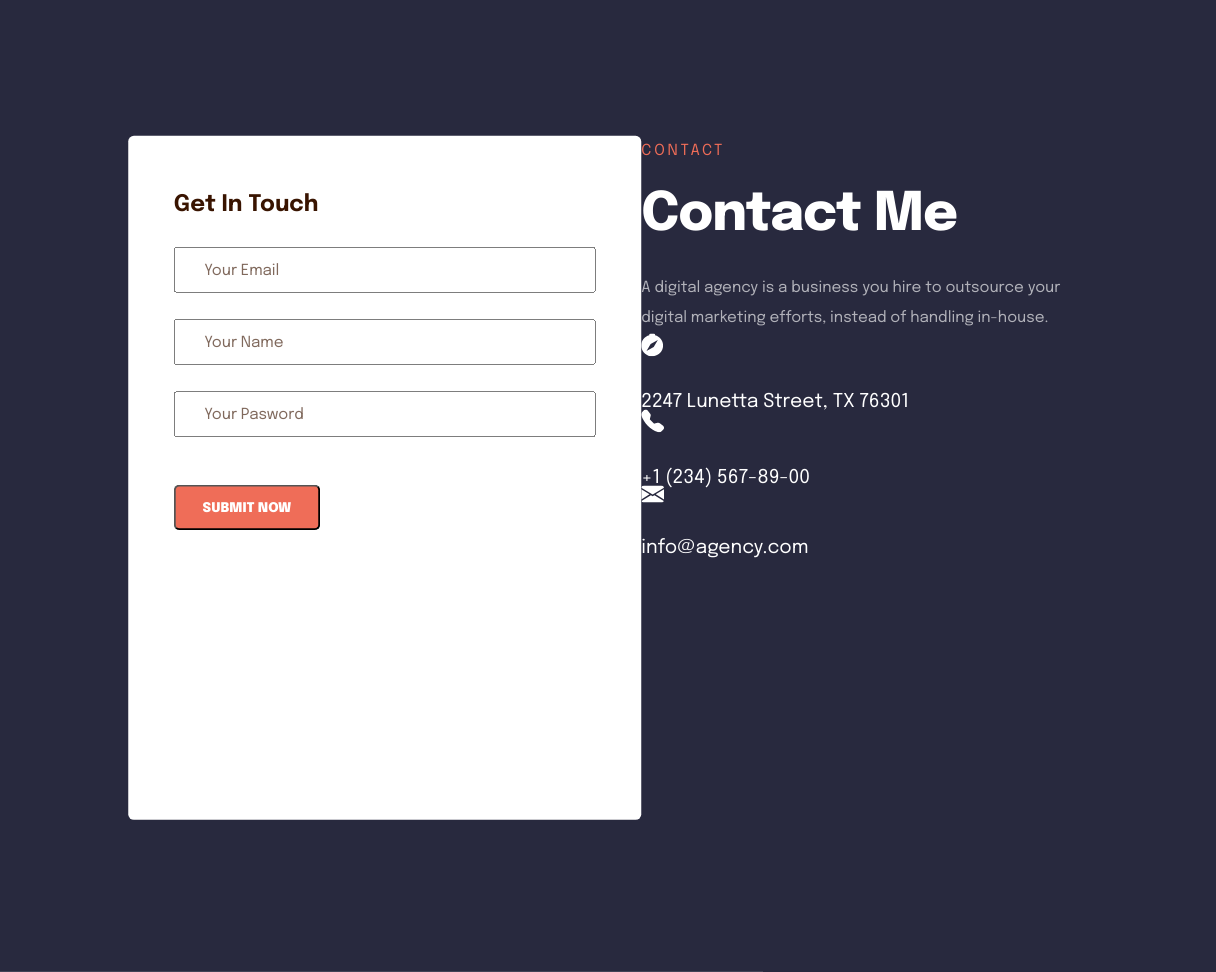
Repository: MehdiKerimov/Figma-Task-14
Page: index.html
The author's editor kept a copy of each file at every save. The page is drawn from the files as they stood at one save, then again after the next save.
The browser window is 1280 px wide. The pictures show the whole page, at 95% of full size.

Above is the page before, as saved 2023-10-07 15:27:07.

### index.html
<!DOCTYPE html>
<html lang="en">
  <head>
    <meta charset="UTF-8" />
    <meta name="viewport" content="width=device-width, initial-scale=1.0" />
    <title>Document</title>
    <link rel="stylesheet" href="index.css" />
  </head>
  <body>
    <div class="container">
      <div class="box-container">
        <h1>Get In Touch</h1>
        <form action="">
          <label for="">
            <input type="email" placeholder="Your Email" name="" id="" />
          </label>
          <label for="">
            <input type="text" placeholder="Your Name" />
          </label>
          <label for="">
            <input type="password" placeholder="Your Pasword" />
          </label>
        </form>
        <button><a href="#">Submit Now</a></button>
      </div>

      <div class="text-box">
        <h1>Contact</h1>
        <h2>Contact Me</h2>
        <p>
          A digital agency is a business you hire to outsource your digital
          marketing efforts, instead of handling in-house.
        </p>

        <div class="box">
          <div class="circle">
            <svg
              xmlns="http://www.w3.org/2000/svg"
              width="23"
              height="24"
              viewBox="0 0 23 24"
              fill="none"
            >
              <path
                fill-rule="evenodd"
                clip-rule="evenodd"
                d="M12.5128 23.9559C18.4476 23.4434 22.9991 18.5852 23 12.7619C22.9992 7.68681 19.5202 3.24133 14.5089 1.91219C14.6419 1.45966 14.5495 0.972375 14.2595 0.596433C13.9696 0.220491 13.5157 -0.000396111 13.034 0H9.9675C9.4858 -0.000396111 9.03192 0.220491 8.74193 0.596433C8.45195 0.972375 8.35958 1.45966 8.49253 1.91219C2.74205 3.43556 -0.865618 8.99957 0.179927 14.7325C1.22547 20.4654 6.57793 24.4683 12.5128 23.9559ZM17.4618 6.91176L17.465 6.90994L17.462 6.91144L17.4618 6.91176ZM17.4618 6.91176L9.87551 11.1479L5.53646 18.5674L13.126 14.3294L17.4618 6.91176Z"
                fill="white"
              />
            </svg>
            <p>2247 Lunetta Street, TX 76301</p>
          </div>

          <div class="circle">
            <svg
              xmlns="http://www.w3.org/2000/svg"
              width="24"
              height="24"
              viewBox="0 0 24 24"
              fill="none"
            >
              <path
                fill-rule="evenodd"
                clip-rule="evenodd"
                d="M2.82812 0.765296C3.35902 0.235151 4.09188 -0.0416708 4.84066 0.0050961C5.58945 0.051863 6.28217 0.417722 6.743 1.00981L9.43541 4.46897C9.92889 5.10349 10.1029 5.93003 9.9079 6.71007L9.08742 9.99522C9.00114 10.3413 9.10245 10.7073 9.35441 10.9598L13.0398 14.6454C13.2925 14.8979 13.6592 14.9993 14.0058 14.9124L17.2892 14.0919C18.0691 13.8969 18.8953 14.0711 19.5301 14.5644L22.989 17.2555C24.2324 18.2231 24.3464 20.0607 23.2335 21.1722L21.6825 22.7233C20.5726 23.8333 18.9136 24.3209 17.3672 23.7763C13.4091 22.3836 9.81531 20.1174 6.85249 17.146C3.88152 14.1834 1.61557 10.5899 0.222699 6.63206C-0.320284 5.08699 0.167201 3.42642 1.27717 2.31637L2.82812 0.765296Z"
                fill="white"
              />
            </svg>
            <p>+1 (234) 567-89-00</p>
          </div>
          <div class="circle">
            <svg
              xmlns="http://www.w3.org/2000/svg"
              width="24"
              height="18"
              viewBox="0 0 24 18"
              fill="none"
            >
              <path
                fill-rule="evenodd"
                clip-rule="evenodd"
                d="M3 0C1.60024 -9.42171e-05 0.386447 0.967828 0.075 2.3325L12 9.621L23.925 2.3325C23.6136 0.967828 22.3998 -9.42171e-05 21 0H3ZM0 14.7015V4.0455L8.7045 9.3645L0 14.7015ZM10.1415 10.245L0.2865 16.2855C0.78351 17.3335 1.84012 18.0011 3 18H21C22.1597 18.0003 23.2157 17.3321 23.712 16.284L13.857 10.2435L12 11.379L10.1415 10.2435V10.245ZM24 14.7015L15.2955 9.366V9.3645L24 4.0455V14.7015Z"
                fill="white"
              />
            </svg>
            <p>info@agency.com</p>
          </div>
        </div>
      </div>
    </div>
  </body>
</html>

### index.css
@import url("https://fonts.googleapis.com/css2?family=Epilogue:wght@400;700;800;900&display=swap");
* {
  padding: 0;
  margin: 0;
  box-sizing: border-box;
}
.container {
  background-color: #28293e;
  min-height: 100vh;
  padding: 143px 135px 160px 135px;
  display: flex;
  justify-content: space-between;
}
.container .box-container {
  padding: 57px 48px 48px 48px;
  width: 570px;
  border-radius: 6px;
  background: #fff;
}
.container .box-container h1 {
  color: var(--Text_Dark, #391400);
  font-feature-settings: "clig" off, "liga" off;
  font-family: Epilogue;
  font-size: 24px;
  font-style: normal;
  font-weight: 700;
  line-height: 32px;
}
form {
  display: flex;
  flex-direction: column;
  align-items: center;
}
label {
  width: 100%;
  margin-top: 28px;
}
input {
  padding-left: 30px;
  padding-right: 30px;

  width: 100%;
  height: 48px;
}
input::placeholder {
  color: var(--Text_Dark_Gray, rgba(57, 20, 0, 0.64));
  font-feature-settings: "clig" off, "liga" off;
  font-family: Epilogue;
  font-size: 16px;
  font-style: normal;
  font-weight: 400;
  line-height: 32px;
}
.container .box-container button {
  margin-top: 50px;
  width: 154px;
  height: 48px;
  border-radius: 6px;
  background: #ef6d58;
}
.container .box-container button a {
  text-decoration: none;
  color: #fff;
  text-align: center;
  font-family: Epilogue;
  font-size: 14px;
  font-style: normal;
  font-weight: 900;
  line-height: normal;
  text-transform: uppercase;
}
.container .text-box {
  min-height: 100vh;
}
.container .text-box h1 {
  width: 86px;
  color: var(--Text_Light_Accent, #ef6d58);
  font-feature-settings: "clig" off, "liga" off;
  font-family: Epilogue;
  font-size: 16px;
  font-style: normal;
  font-weight: 400;
  line-height: 32px;
  letter-spacing: 3px;
  text-transform: uppercase;
}
.container .text-box h2 {
  margin-top: 20px;
  color: var(--Text_Light, #fff);
  font-feature-settings: "clig" off, "liga" off;
  font-family: Epilogue;
  font-size: 56px;
  font-style: normal;
  font-weight: 800;
  line-height: 64px;
  letter-spacing: -1px;
}
.container .text-box p {
  margin-top: 28px;
  width: 470px;
  color: var(--Text_Light_Gray, rgba(255, 255, 255, 0.64));
  font-feature-settings: "clig" off, "liga" off;
  font-family: Epilogue;
  font-size: 16px;
  font-style: normal;
  font-weight: 400;
  line-height: 32px;
}
.container .box p {
  color: var(--Text_Light, #fff);
  font-feature-settings: "clig" off, "liga" off;
  font-family: Epilogue;
  font-size: 20px;
  font-style: normal;
  font-weight: 400;
  line-height: 32px;
}
.container .circle {
  width: 80px;
  height: 80px;
  border-radius: 50%;
}
.container {
}

After the next save:
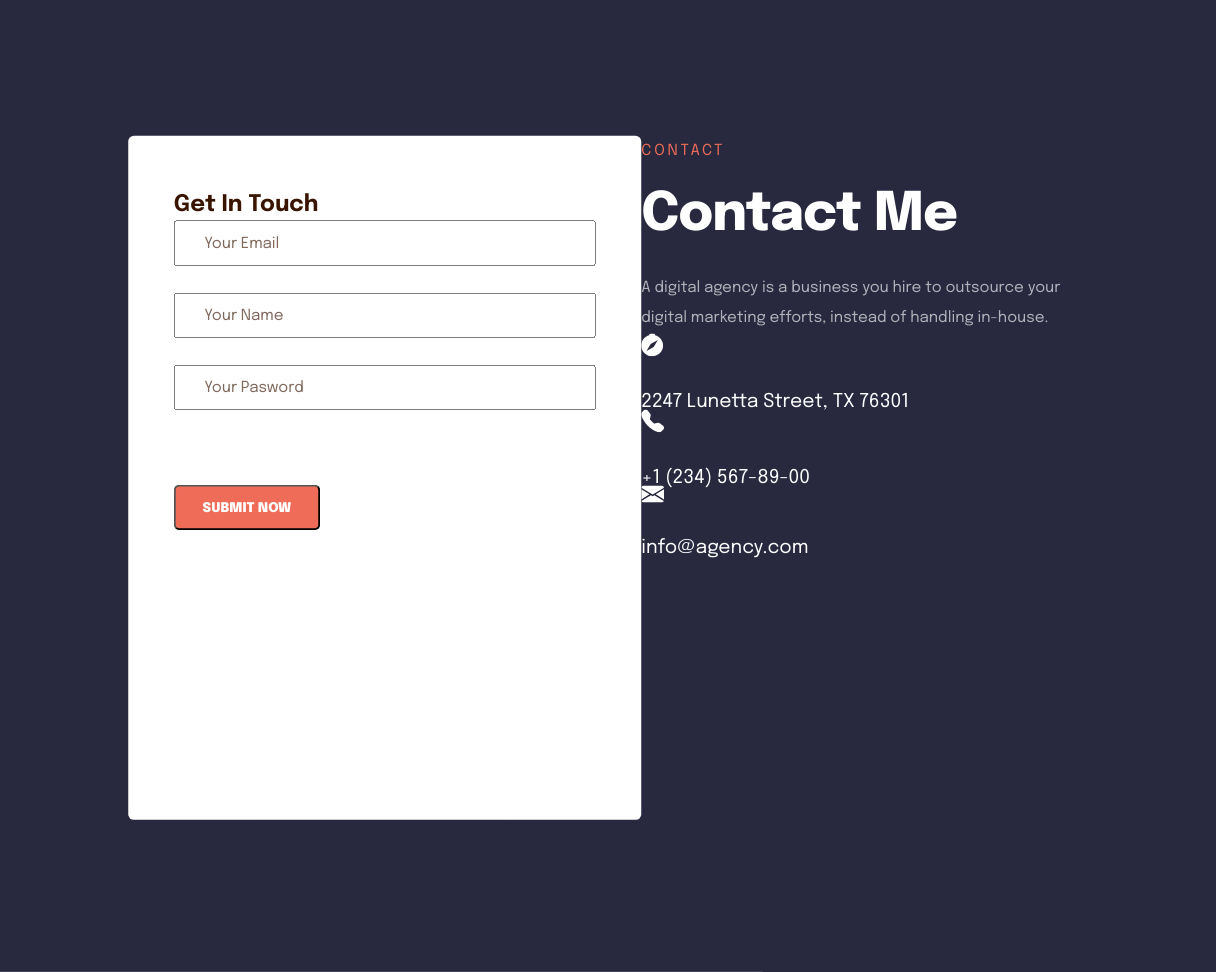
Saved 4 s later.
--- a/index.css
+++ b/index.css
@@ -33,7 +33,7 @@ form {
 }
 label {
   width: 100%;
-  margin-top: 28px;
+  margin-bottom: 28px;
 }
 input {
   padding-left: 30px;
